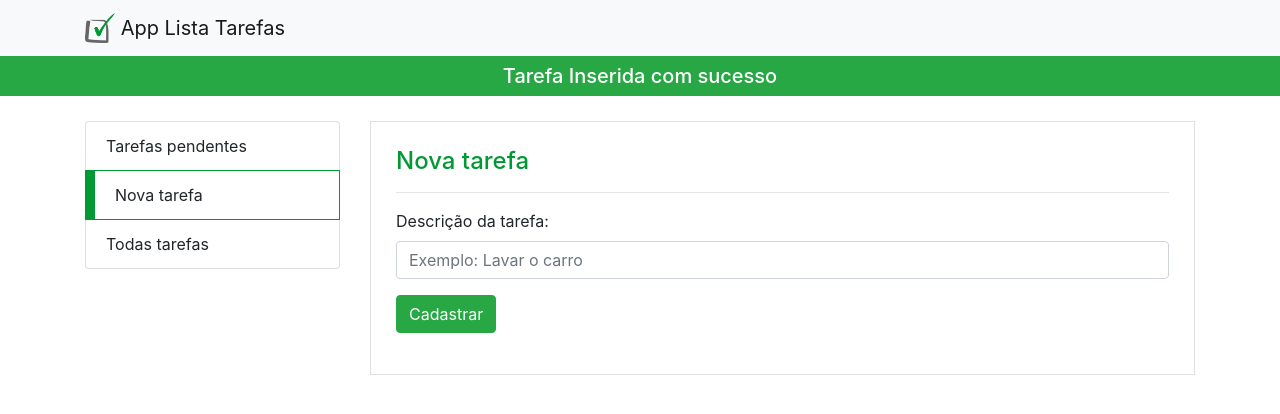
Repository: FredeRibeiro/htdocs-Desenvolvimento-Web-Completo-2019
Page: http://localhost/nova_tarefa.php
The author's editor kept a copy of each file at every save. The page is drawn from the files as they stood at one save, then again after the next save.
The browser window is 1280 px wide. The pictures show the whole page.
Some web libraries are served in a nearby version. The page is run by PHP 8.4 with error messages shown; the project is at /var/www/html/.

Above is the page before, as saved 2019-10-21 13:42:45.

After the next save:
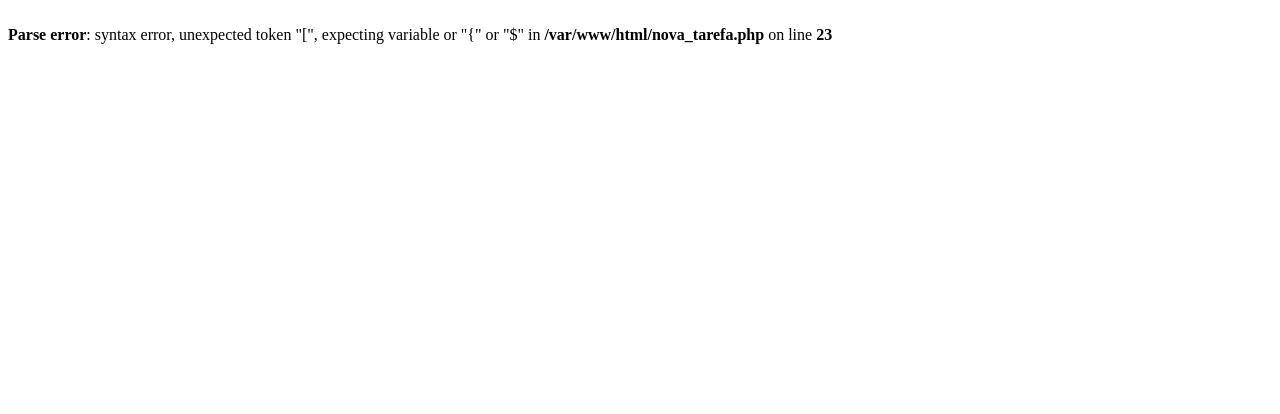
Saved 52 s later.
--- a/app_lista_tarefas_public/nova_tarefa.php
+++ b/app_lista_tarefas_public/nova_tarefa.php
@@ -20,6 +20,9 @@
 		</div>
 	</nav>
 	<?
+	if (isset($__GET['inclusao']) && $['inclusao'] == 1) {
+		# code...
+	}
 	?>
 	<div class="bg-success pt-2 text-white d-flex justify-content-center">
 		<h5>Tarefa Inserida com sucesso</h5>
